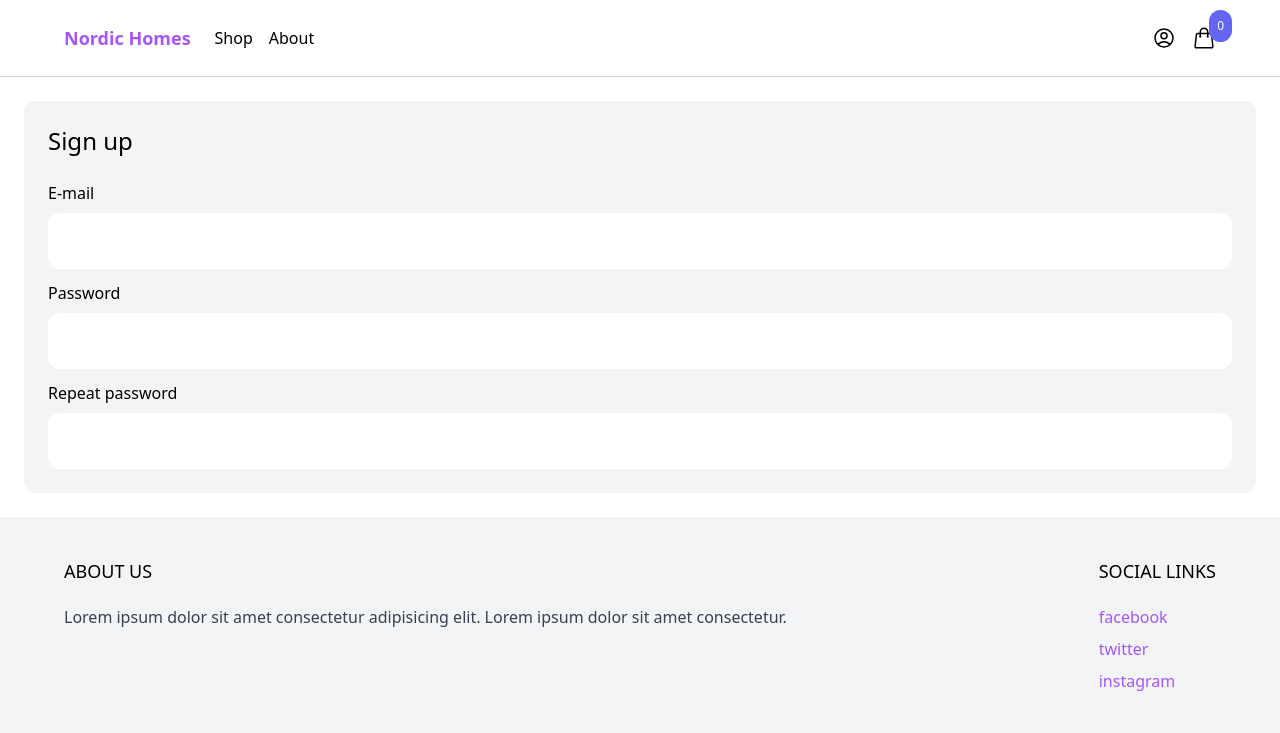
Repository: Calin224/NordicHomes
Page: core/templates/core/signup.html
An editor plug-in stored every save of this project. The page is shown before and after the next save, followed by the edit.
The browser window is 1280 px wide. The pictures show the whole page.
Some web libraries are served in a nearby version. The template is drawn by Django 4.2. The application's start-up code is not run. Other server files are loaded and not shown. The template is opened directly, without the code that normally fills it, so the values that code supplies are empty.

Above is the page before, as saved 2023-02-15 21:40:12.

### core/templates/core/signup.html
{% extends 'core/base.html' %}

{% block content %}

<div class="max-2-lg mx-auto flex flex-wrap p-6">
    <div class="w-full bg-gray-100 p-6 rounded-xl">
        <h1 class="mb-6 text-2xl">Sign up</h1>

        <form action="." method="post" class="space-y-3">
            <div>
                <label for="">E-mail</label>
                <input type="email" class="w-full mt-2 py-4 px-6 bg-white rounded-xl focus:outline-none">
            </div>

            <div>
                <label for="">Password</label>
                <input type="password" class="w-full mt-2 py-4 px-6 bg-white rounded-xl focus:outline-none">
            </div>

            <div>
                <label for="">Repeat password</label>
                <input type="password" class="w-full mt-2 py-4 px-6 bg-white rounded-xl focus:outline-none">
            </div>
        </form>
    </div>
</div>

{% endblock content %}

### core/templates/core/base.html
<!DOCTYPE html>
<html lang="en">

<head>
    <meta charset="UTF-8">
    <meta name="viewport" content="width=device-width, initial-scale=1.0">
    <script src="https://cdn.tailwindcss.com"></script>
</head>

<body>
    <nav class="border-b border-gray-300">
        <div class="max-w-6xl mx-auto py-2 px-6 xl:px-0 flex items-center justify-between">
            <div class="menu-left flex items-center space-x-6">
                <a href="{% url 'frontpage' %}" class="py-4 text-lg text-purple-500 font-semibold">Nordic Homes</a>

                <ul class="flex items-center space-x-4">
                    <li><a href="{% url 'shop' %}">Shop</a></li>
                    <li><a href="#">About</a></li>
                </ul>
            </div>

            <div class="menu-right flex items-center space-x-4">
                <a href="#">
                    <svg xmlns="http://www.w3.org/2000/svg" fill="none" viewBox="0 0 24 24" stroke-width="1.5"
                        stroke="currentColor" class="w-6 h-6">
                        <path stroke-linecap="round" stroke-linejoin="round"
                            d="M17.982 18.725A7.488 7.488 0 0012 15.75a7.488 7.488 0 00-5.982 2.975m11.963 0a9 9 0 10-11.963 0m11.963 0A8.966 8.966 0 0112 21a8.966 8.966 0 01-5.982-2.275M15 9.75a3 3 0 11-6 0 3 3 0 016 0z" />
                    </svg>

                </a>

                {% include 'cart/menu_cart.html' %}
            </div>
        </div>
    </nav>

    <main>
        {% block content %}{% endblock content %}
    </main>

    <footer class="bg-gray-100">
        <div class="max-w-6xl mx-auto py-10 px-6 xl:px-0 md:flex justify-between">
            <div class="footer-left mb-12 md:mb-0">
                <h2 class="mb-5 uppercase text-lg">about us</h2>
                <p class="text-gray-700">Lorem ipsum dolor sit amet consectetur adipisicing elit. Lorem ipsum dolor sit
                    amet consectetur.</p>
            </div>

            <div class="footer-right">
                <h2 class="mb-5 uppercase text-lg">social links</h2>
                <ul class="space-y-2">
                    <li><a href="#" class="text-purple-500 hover:text-purple-800">facebook</a></li>
                    <li><a href="#" class="text-purple-500 hover:text-purple-800">twitter</a></li>
                    <li><a href="#" class="text-purple-500 hover:text-purple-800">instagram</a></li>
                </ul>
            </div>
        </div>
    </footer>

    <script src="https://unpkg.com/htmx.org@1.8.5"></script>
</body>

</html>

### cart/templates/cart/menu_cart.html
<a href="#" id="menu-cart-button" class="relative">
    <svg xmlns="http://www.w3.org/2000/svg" fill="none" viewBox="0 0 24 24" stroke-width="1.5"
        stroke="currentColor" class="w-6 h-6">
        <path stroke-linecap="round" stroke-linejoin="round"
            d="M15.75 10.5V6a3.75 3.75 0 10-7.5 0v4.5m11.356-1.993l1.263 12c.07.665-.45 1.243-1.119 1.243H4.25a1.125 1.125 0 01-1.12-1.243l1.264-12A1.125 1.125 0 015.513 7.5h12.974c.576 0 1.059.435 1.119 1.007zM8.625 10.5a.375.375 0 11-.75 0 .375.375 0 01.75 0zm7.5 0a.375.375 0 11-.75 0 .375.375 0 01.75 0z" />
    </svg>
    <span class="p-2 absolute -top-4 -right-4 bg-indigo-500 text-white text-xs rounded-full">{{cart|length}}</span>
</a>

After the next save:
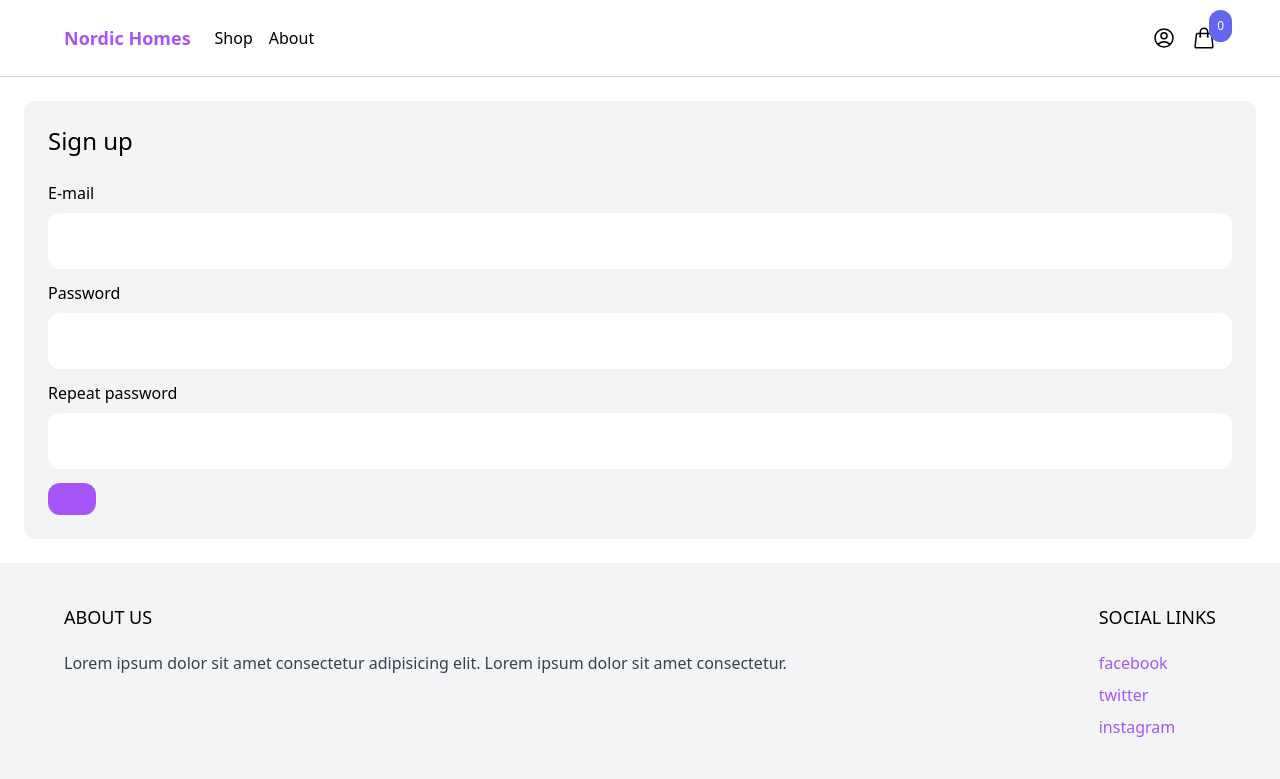
Saved 36 s later.
--- a/core/templates/core/signup.html
+++ b/core/templates/core/signup.html
@@ -21,6 +21,10 @@
                 <label for="">Repeat password</label>
                 <input type="password" class="w-full mt-2 py-4 px-6 bg-white rounded-xl focus:outline-none">
             </div>
+
+            <div>
+                <button class="py-4 px-6 rounded-xl text-white bg-purple-500 hover:bg-purple-700"></button>
+            </div>
         </form>
     </div>
 </div>
